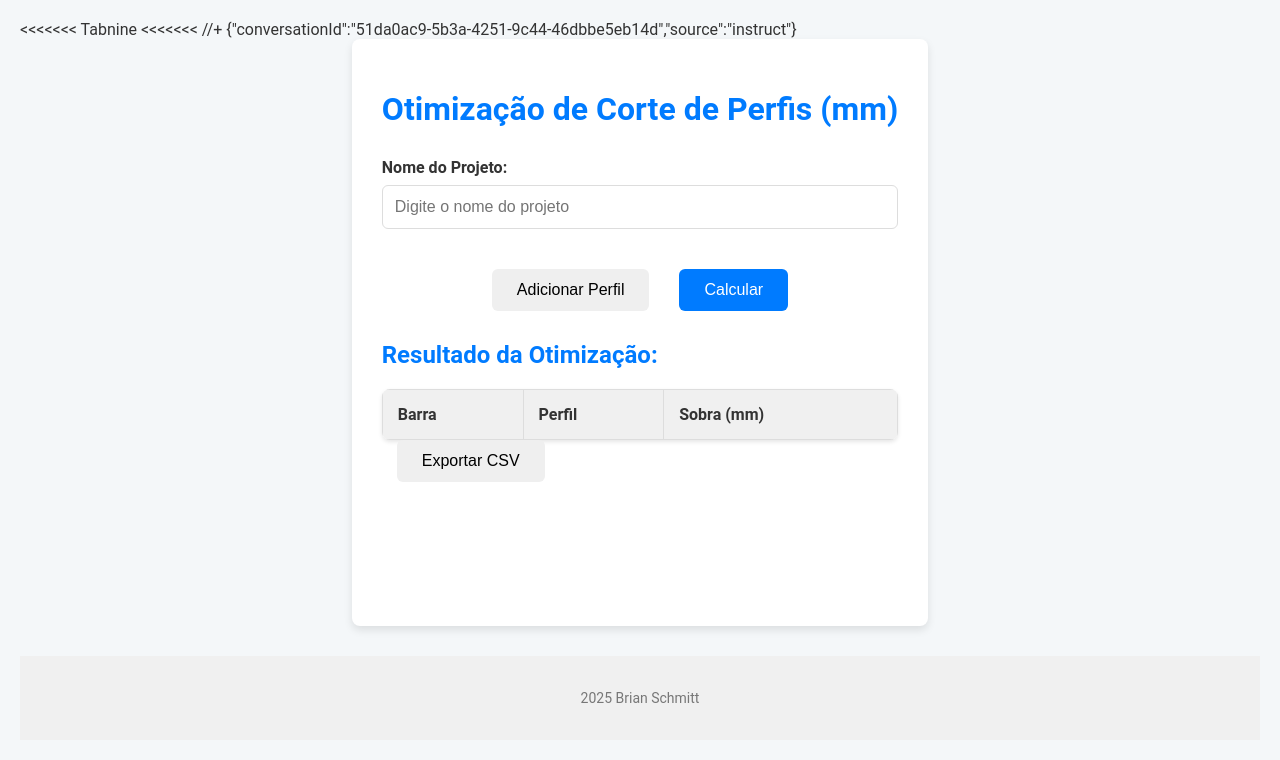
Repository: brianbebop/aqui
Page: index.html
These files come from the project's save history. The page is drawn as it stood at one moment and after a run of saves; the edit follows.
The browser window is 1280 px wide. The pictures show the whole page.

Above is the page before, as saved 2025-03-22 21:52:32.

After the next 2 saves:
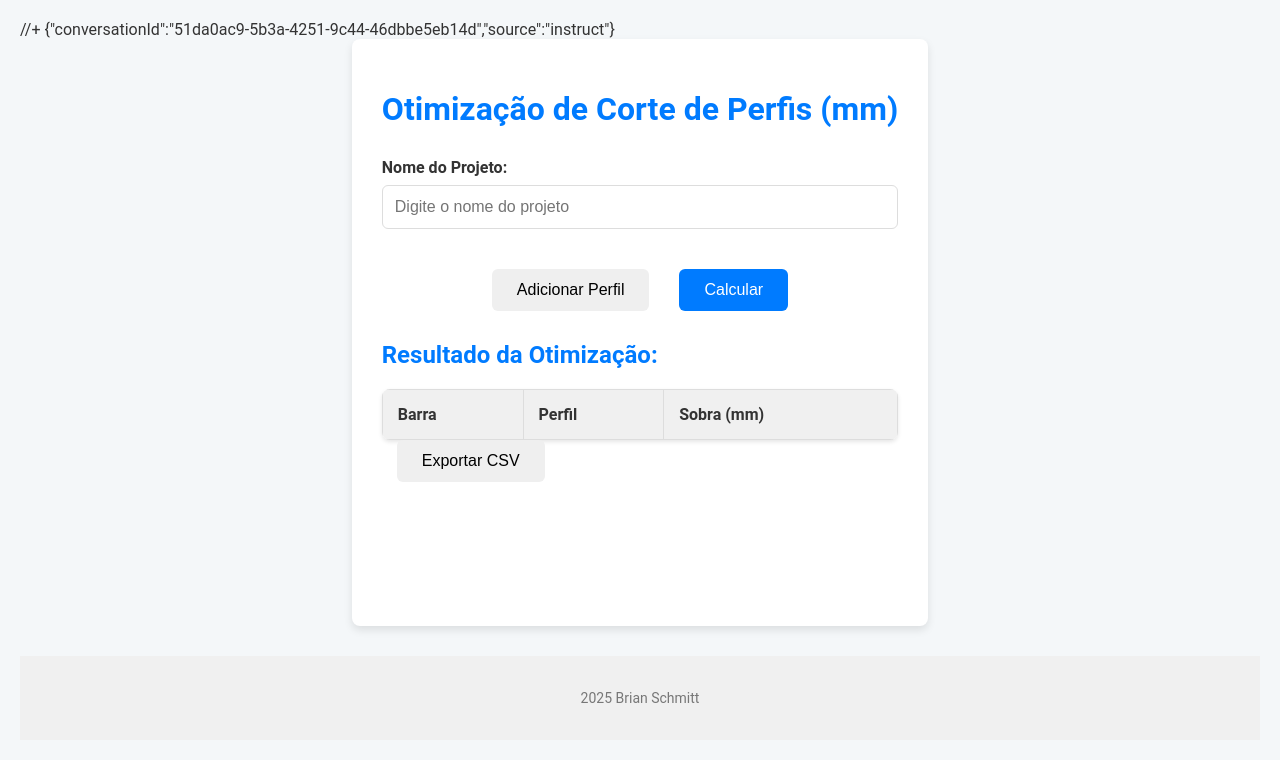
The 2 saves are shown as one change because they came seconds apart.
The last was saved 5 s later.
--- a/index.html
+++ b/index.html
@@ -1,6 +1,4 @@
 <!DOCTYPE html>
-<<<<<<< Tabnine <<<<<<<
-
 <html lang="pt">//+
 {"conversationId":"51da0ac9-5b3a-4251-9c44-46dbbe5eb14d","source":"instruct"}
 <head>
